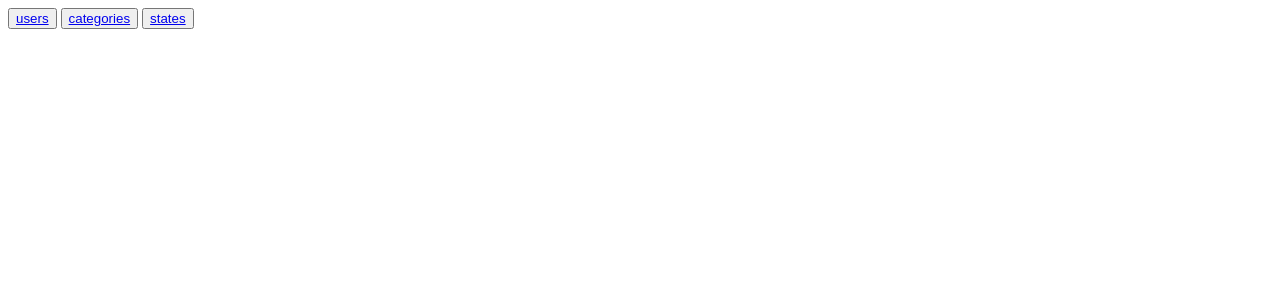
Repository: fontanive12/Biblioteca
Page: front/paginaInicial.html
These files come from the project's save history. The page is drawn as it stood at one moment and after the next save; the edit follows.
The browser window is 1280 px wide. The pictures show the whole page.

Above is the page before, as saved 2022-09-05 13:47:21.

### front/paginaInicial.html
<!DOCTYPE html>
<html lang="en">
<head>
    <meta charset="UTF-8">
    <meta http-equiv="X-UA-Compatible" content="IE=edge">
    <meta name="viewport" content="width=device-width, initial-scale=1.0">

    <title>Initial page</title>
</head>
<body>
    <button><a href="users.html" class="users">users</a></button>
    <button><a href="categories.html" class="categories">categories</a></button>
    <button><a href="states.html" class="states">states</a></button>
</body>
</html>

After the next save:
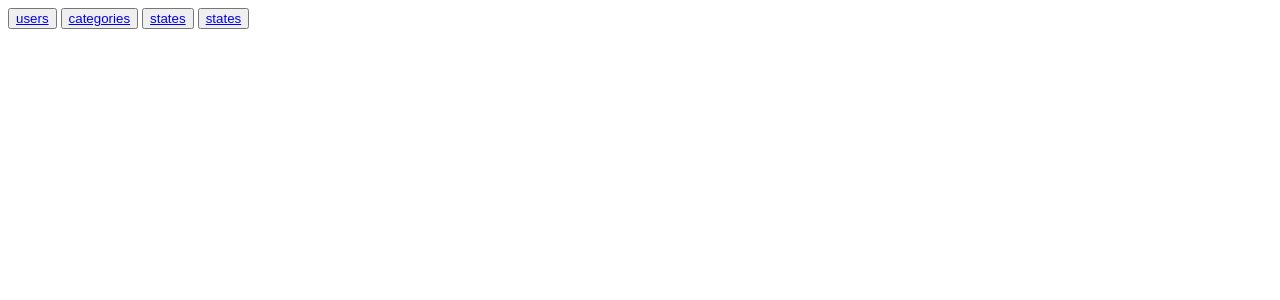
Saved 12 s later.
--- a/front/paginaInicial.html
+++ b/front/paginaInicial.html
@@ -11,5 +11,6 @@
     <button><a href="users.html" class="users">users</a></button>
     <button><a href="categories.html" class="categories">categories</a></button>
     <button><a href="states.html" class="states">states</a></button>
+    <button><a href="cities.html" class="states">states</a></button>
 </body>
 </html>
